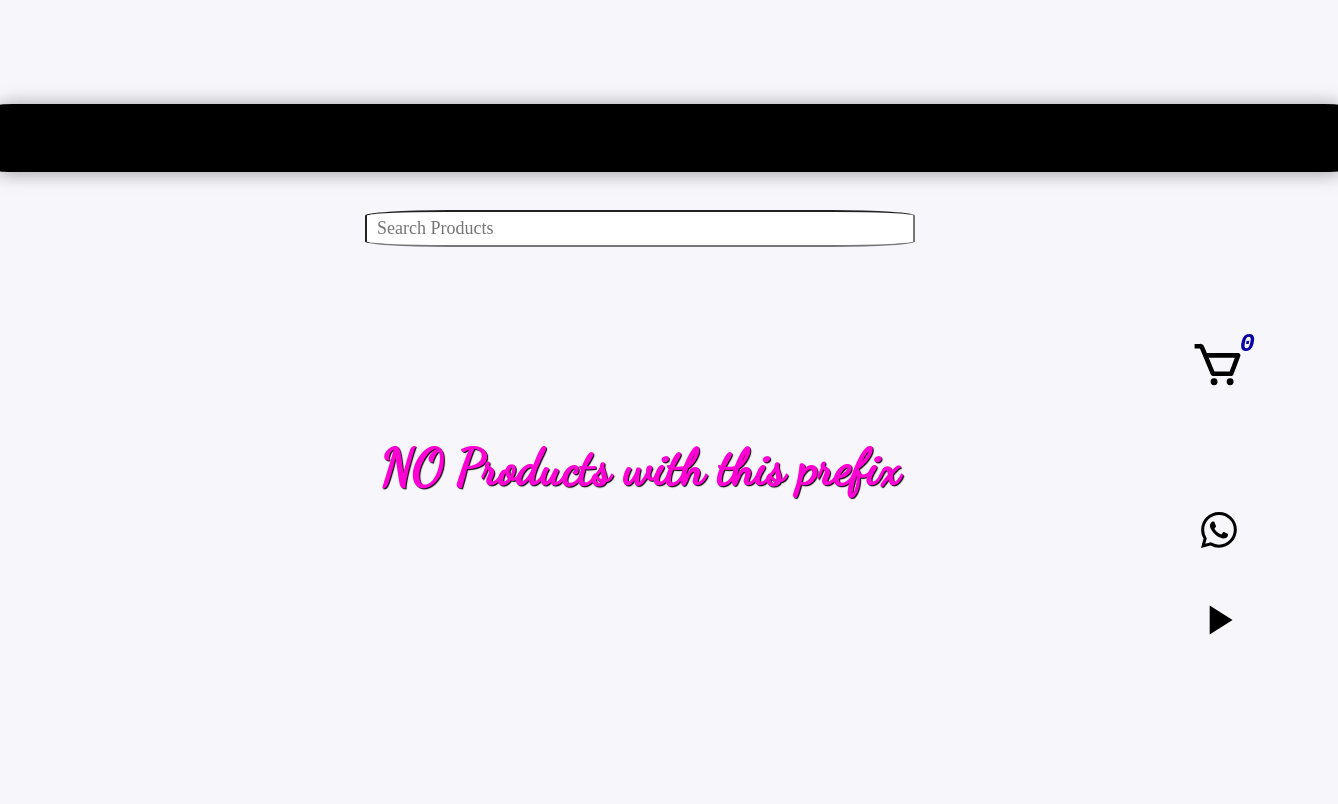
Repository: rehamAbass/BeautyCareShop
Page: /
An editor plug-in stored every save of this project. The page is shown before and after the next save, followed by the edit.
The browser window is 1280 px wide. The page is 1338 px wide, so the pictures cover 1338 px, including what lies to the right of the window. The pictures show the whole page.
The page's requests for data from a server got no answer. Some web fonts or font styles are not loaded; a fallback is used. The project was rebuilt for these pictures with package versions that can differ from the ones it lists, and the page was loaded fresh each time. No one was signed in, and anything a server would have sent is missing. Also part of the build but not shown: src/components/allProducts/prod/card.css, src/components/allProducts/prod/card.component.jsx, src/components/myCart/myCart.css, src/components/myCart/cartProduct/cartProduct.css, src/components/myCart/cartProduct/cartProduct.jsx, src/components/myCart/myCart.jsx. Imported but missing from the stored project, and not drawn on this page: src/components/header/music/ed.mp3.

Above is the page before, as saved 2022-06-08 13:46:58.

### public/index.html
<!DOCTYPE html>
<html lang="en">
  </style>
  <head>
    <meta charset="utf-8" />
    <link rel="icon" href="" />
    <meta name="viewport" content="width=device-width, initial-scale=1" />
    <meta name="theme-color" content="#000000" />
    <meta
      name="description"
      content="Web site created using create-react-app"
    />
    <link rel="apple-touch-icon" href="" />
    <link rel="manifest" href="%PUBLIC_URL%/manifest.json" />
    <link rel="preconnect" href="https://fonts.googleapis.com">
    <link rel="preconnect" href="https://fonts.gstatic.com" crossorigin>
    <link href="https://fonts.googleapis.com/css2?family=Bigelow+Rules&display=swap" rel="stylesheet">
    <link rel="preconnect" href="https://fonts.googleapis.com">
    <link rel="preconnect" href="https://fonts.gstatic.com" crossorigin>
    <link href="https://fonts.googleapis.com/css2?family=Bigelow+Rules&family=Dancing+Script&display=swap"
      rel="stylesheet">
    <title color:'purble'>BeautyShop💄</title>
  </head>
  <body>

    <div id="root"></div>
  </body>
</html>

<!--
  <video id="video1" loop="" muted="" src="https://prod-streaming-video-msn-com.akamaized.net/aa5cb260-7dae-44d3-acad-3c7053983ffe/1b790558-39a2-4d2a-bcd7-61f075e87fdd.mp4"></video>

 -->

### src/App.js

// import React from 'react'
import CardList from './components/allProducts/card-list.component';
import SearchBox from './components/search-box/search-box.component';
import './App.css'
import axios from "axios";
import React, { Component } from "react";
import Header from './components/header/header.component.jsx'
import { useState, useEffect } from 'react';
import Cart from './components/myCart/myCart.jsx'

const App = () => {
  const [products, setProducts] = useState([]);
  const [cartProducts, setCartProducts] = useState([]);
  const [filteredProducts, setFilteredProducts] = useState(products);
  const [searchString, setSearchString] = useState('');
  const [showCart, setShowCart] = useState(false);
    const [cartCounter, setCartCounter] = useState(0);
      const [Sum, setSum] = useState(0);
      const [imgs, setImgs] = useState([])

  //==========================================================================
  const   getDataFromDB= async ()=> {
    const response = await axios.get("http://localhost:8000/products/");
    setCartProducts(response);
  }
  //===========================================================
  const deleteProd = async (id) => {
    let response = await axios.delete(
      `http://localhost:8000/product/${id}`
    );
  }
  //=============================================================
  const saveProd = async (p) => {
    const response = await axios.post(
      "http://localhost:8000/product",p
    );
  }

   const  updateProd = async (p) => {
    const response = await axios.put(
      "http://localhost:8000/product",p
    );
  }
  //============================================================================
  useEffect(() => {
    fetch('http://makeup-api.herokuapp.com/api/v1/products.json?brand=maybelline')
      .then((res) => res.json())
      .then((users) => {
          users = users.map(user => (
         {id:user.id,
         name:user.name,
         brand:user.brand,
         price:user.price,
        image_link:user.image_link,
         product_link:user.product_link,
         description:user.description,
        rating:user.rating,
         product_type:user.product_type,
          product_api_url:user.product_api_url,
          product_colors:user.product_colors,
        amount:0
         }))


         getDataFromDB();
        setFilteredProducts(users);
        setProducts(users);
        setImgs(users.map((u)=>(u.image_link)));
      })
  }, []); // it runs only one time - no need to call it in each render because [] is empty !!
  //=========================================================================================
  useEffect(() => {
    let filteredgroup = products.filter((p) => p.name.toLowerCase().includes(searchString));
    setFilteredProducts(filteredgroup);
  }, [products, searchString])

  //========================================================================================
  const onSearchChanged = (event) => {
    let input = event.target.value.toLowerCase();
    setSearchString(input);
  }
  //=========================================================================================
  const addProduct=(product)=>{
        let updatePro = cartProducts.filter(p=> p.id === product.id);
     if(updatePro.length>0){
       // it means that YES the product exists before in Cart! just increase the amount of it:
       updatePro = updatePro[0];
       updatePro.amount +=1;
        let newarray = cartProducts.map(p=>( p.id === product.id ? updatePro:p )) ;
        setCartProducts(newarray);
     }else{
        let newProductToAdd = {...product, amount:1};
         setCartProducts([...cartProducts,newProductToAdd ]);
         saveProd(product);
         updateProd();
     }

      }
  //=================================================================================
  //    ,
  const deleteProduct = (product) => {
    let newArr = cartProducts.filter(p => p.id !== product.id);
    setCartProducts(newArr);
    deleteProd(product.id);
  }
 //===================================================================================
   const decreaseProduct=(product)=>{

     if(product.amount >1){
       let update = product;
       update.amount -=1;
        let newarray = cartProducts.map(p=>(p.id === product.id ? update:p )) ;
     setCartProducts(newarray);
     }else{ // amount was  === 1
        let newArr = cartProducts.filter(p=> p.id !== product.id);
         setCartProducts(newArr);
     }
      }
 //===================================================================================
useEffect(()=>{
  console.log("useEffect, cartProduct changes, so counter changes");
  let all =0;
  let summ=0;
  for(let p of cartProducts){
     all = all+p.amount;
    summ = summ+ (p.amount * p.price);
}
    setSum(summ);
    setCartCounter(all);
},[cartProducts]);

//====================================================================================
  useEffect(()=>{
    console.log("open Cart = ",showCart);
  },[showCart])
 //=========================================================================================
const HandleCart =(val)=>{
  setShowCart(val);
}
 const handleSumCount = ()=>{
  setSum(0);
  setCartProducts([]);
  setCartCounter(0);

 }
 //=========================================================================================
  return (
    <div className="App">
      <header className="App-header">
        <Header counter ={cartCounter}
        imgs={imgs}
        handleCart = {HandleCart}/>
        {showCart === false &&
          <div>
           <SearchBox
          className='search-box2'
          searchHandler={onSearchChanged}
          group={filteredProducts}
        />
            <CardList
              group={filteredProducts}
               addProduct={addProduct} />
        </div>

        }
          {(showCart === true) &&
            <Cart sum ={Sum} group={cartProducts}
           addProduct={addProduct}
            deleteProduct={deleteProduct}
            decreaseProduct={decreaseProduct}
              handleSumCount={handleSumCount}
            />
          }
      </header>
    </div>
  )
}

export default App;

### src/components/allProducts/card-list.component.jsx

import './card-list.css'
import Card from './prod/card.component'
import React from 'react'

const CardList = ({ group ,addProduct}) => {
    return (
        <div className='card-list'>
            {group.map((p,i) =>
                (
                    <Card
                    key={i}
                    product={p}
                     addProduct={addProduct}/>
                )
            )
            }
        </div >

    )
}

export default CardList;

### src/components/search-box/search-box.component.jsx

import React from 'react'
import './search-box.css'


const SearchBox = ({ className, placeholder, searchHandler, group }) => {

    return (
        <div className='search-box'>
            <input
                className={className}
                type='search'
                placeholder='Search Products'
                onChange={searchHandler}
                style={{
                     fontStyle:'unset', fontStretch: 'extra-expanded'
                , fontSize:'large', borderRadius:'15%'}}
            />
            {group.length === 0 ?
                <div className='alert2'> NO Products with this prefix </div> : ''}
        </div>
    )
}


export default SearchBox;

### src/App.css
body {
  margin: 0;
  padding: 0;
  font-family: -apple-system, BlinkMacSystemFont, 'Segoe UI', 'Roboto', 'Oxygen',
    'Ubuntu', 'Cantarell', 'Fira Sans', 'Droid Sans', 'Helvetica Neue',
    sans-serif;
    background-color:rgba(192, 190, 228, 0.135);
  -webkit-font-smoothing: antialiased;
  -moz-osx-font-smoothing: grayscale;
  text-align: center;
}



















/* -------------------------------------------------------------------------------------- */

/* .App {
  text-align: center;
}

.App-logo {
  height: 40vmin;
  pointer-events: none;
}

@media (prefers-reduced-motion: no-preference) {
  .App-logo {
    animation: App-logo-spin infinite 20s linear;
  }
}

.App-header {
  background-color: #2d5cba;
  min-height: 100vh;
  display: flex;
  flex-direction: column;
  align-items: center;
  justify-content: center;
  font-size: calc(10px + 2vmin);
  color: white;
}

.App-link {
  color: #61dafb;
}

@keyframes App-logo-spin {
  from {
    transform: rotate(0deg);
  }
  to {
    transform: rotate(360deg);
  }
}

*/

### src/components/header/header.component.jsx
import React from 'react'
import './header.css'
import Music from './music/music.component';
import fatme from './fatme.jpeg'
import CartIcon from './cartIcon/cartIcon.component';
import {BsWhatsapp} from 'react-icons/bs'
import {AiTwotoneShop} from 'react-icons/ai'

const Header = ({counter,imgs, handleCart}) => {
    return (
        <div className='headClass'>
        <marquee direction='left'   style={{  margin:'0px' , padding:'0px'}}>
        <div className='imgs'>
            {imgs.map((link, i) => (
                    <img
                    style={{transform:'scale(0.7)' ,  margin:'0px'}}
                    key={i}
                    src={link} alt='prod' />

            ))}
        </div>
        </marquee>
            <img className='myImg' src={fatme} alt='me'
            />
               <CartIcon
            counter={counter}
             handleCart={handleCart}
            />
            <AiTwotoneShop
            className='goHome'
                onClick={() => {
                     handleCart(false)}}
            />
            <h4 className='title' >
                <marquee direction='left' loop='2' >Fatima Beauty Care Shop</marquee>
            </h4>


            <Music />


            <a  className='whatsApp'  aria-label="whats"
                target="_blank" rel="noopener"
                href="https://api.whatsapp.com/send?phone=972543656019&text=hello%20Fatima%20from%20your%20BeautyCareShop%20Website%20💄"
              >
              <BsWhatsapp/>
            </a>
        </div>
    )
}

export default Header;

### src/components/allProducts/card-list.css
.card-list {
     width: 1000px;
    margin-left: 9%;
    display: grid;
    grid-template-columns: 10fr 10fr;
    /* grid-gap: 1%; */
    margin-top: 5%;
    margin-bottom:15%;
}

### src/components/search-box/search-box.css
.search-box {
    padding: 10px;
}

.alert2 {
    margin-top: 150px;
    text-align: center;
    padding: 40px;
    color: rgb(255, 0, 212);
    font-size: 50px;
    font-stretch: extra-expanded;
    font-family: 'Dancing Script';
    font-weight: bolder;
    text-shadow: 1px 1px  1px rgb(0, 0, 0);
    transform: scale(1);
}

.search-box2 {
    width: 550px;
    height: 37px;
    margin-top: 170px;
    padding: 10px;
    line-height: 30px;
    margin-bottom: 1px;
    color: rgb(0, 0, 0);
    font-weight: 400;
    font-family:serif;

}

### src/components/header/header.css
.title {
    width: 110%;
    position: relative;
    font-size: 46px;
    font-weight: bolder;
    font-family: 'Dancing Script';
 color:rgb(251, 251, 251);
    font-stretch: extra-expanded;
    /* text-shadow: 11px 1px 11px rgb(255, 0, 123); */
    background-color: rgb(0, 0, 0);
     box-shadow: 1px 1px 17px 1px rgba(135, 134, 135, 0.74);
     margin-top: 40px;
     border-radius:1%;
}
.imgs{
    width: 110%;
    position: relative;
    height:60px;
     margin-top: 0px;
}
.goHome{
    color:rgb(0, 0, 0);
     position:fixed;
    margin-left: 47%;
    margin-top:376px;
     transform: scale(2.6);
}
.goHome:hover{
    color:rgb(8, 0, 165);
    transform:scale(3);
}
.whatsApp{
    color:rgb(0, 0, 0);
     position:fixed;
    margin-left: 47%;
    margin-top:290px;
     transform: scale(2);
}
.whatsApp:hover{
  color:rgb(8, 0, 165);

   }
.myImg{
    position:fixed;
    margin-left: 44%;
    margin-top:120px;
    width: 110px;
  height: 120px;
    box-shadow: 1px 1px 17px 1px rgb(255, 88, 88);
    border-radius:15%;
}

.headClass {
    border-radius: 12%;
    width: 95%;
    height: 30px;
    font-size: large;
    /* font-weight: 700; */
    font-style: italic;

}

### src/components/header/music/music.component.jsx
import './music.css'
import { useState, useEffect } from 'react'
import { MdPlayArrow, MdPause } from 'react-icons/md'
import  React  from 'react'
import ed from "./ed.mp3";

const aud = new Audio(ed);

const Music = () => {
    const [flagPlaying, setIsActive] = useState(false);
    const handleClick = (value) => {
        setIsActive(value);
        if (value === true) {
            aud.loop = true;
            aud.play();
        } else {
            aud.pause();
            aud.loop = false;
        }
    }

    return (<div className='myAudio'>
        {(flagPlaying === false) &&
            <MdPlayArrow
                className='btnAudio'
                onClick={() => {
                    if (flagPlaying === false) {
                        handleClick(true);
                    }
                }}
            />
        }
        {(flagPlaying === true) &&
            <MdPause
                className='btnAudio'
                style={{color:'black'}}
                onClick={() => {
                    if (flagPlaying === true) {
                        handleClick(false);
                    }
                }}
            />
        }
    </div>
    )
}


export default Music;

### src/components/header/cartIcon/cartIcon.component.jsx
import React from 'react'
import './cart.css'
import { BiCart } from "react-icons/bi";


const CartIcon = ({ counter,handleCart}) => {

    return (
        <div className='cart-container'>
            <span className='counter'>{counter}</span>
            <BiCart
                    className='cartIcon'
                    onClick={() => {
                      handleCart(true);
                     }}
                />
        </div>
    )
}
export default CartIcon;

### src/components/header/music/music.css
.myAudio {}

.btnAudio {
    width:  50px;
    height: 50px;
    position:fixed;
    margin-left: 45.7%;
    margin-top: 362px;
    color:rgb(0, 0, 0);
    border-radius: 90%;
}

.btnAudio:hover {
   color : rgb(8, 0, 165);
    transform: scale(1.125);
    box-shadow: 4px 3px 10px 3px  rgb(179, 255, 0);
}

### src/components/header/cartIcon/cart.css
.cartIcon{
     position:fixed;
    width:55px;
    height:55px;
    color:rgb(0, 0, 0);
    margin-top:1%;
    /* transform: translateZ(-1);
    transition: transform 0.25s ease-out; */
}
.cartIcon:hover{
    transform:scale(1.12);
    color:rgb(8, 0, 165);
}
.cart-container{
    position:fixed;
    margin-left: 93%;
    margin-top: 260px;
}
.cart-container:hover{
    color:rgb(0, 0, 0);
 /* transform: scale(1); */
 cursor: pointer;
}
.counter{
    font-size:large;
    font-family:'Courier New', Courier, monospace;

    color:rgb(8, 0, 165);
    font-weight:bolder;
    text-align: right;
      transform: scale(1.4);
    text-shadow: 2px 2px 12px 12px rgb(0, 0, 0);
    position: fixed;
    margin-left: 4%;
    margin-top:0.8%;
}

Loaded but not shown: src/index.js (common file); src/index.css (common file)

After the next save:
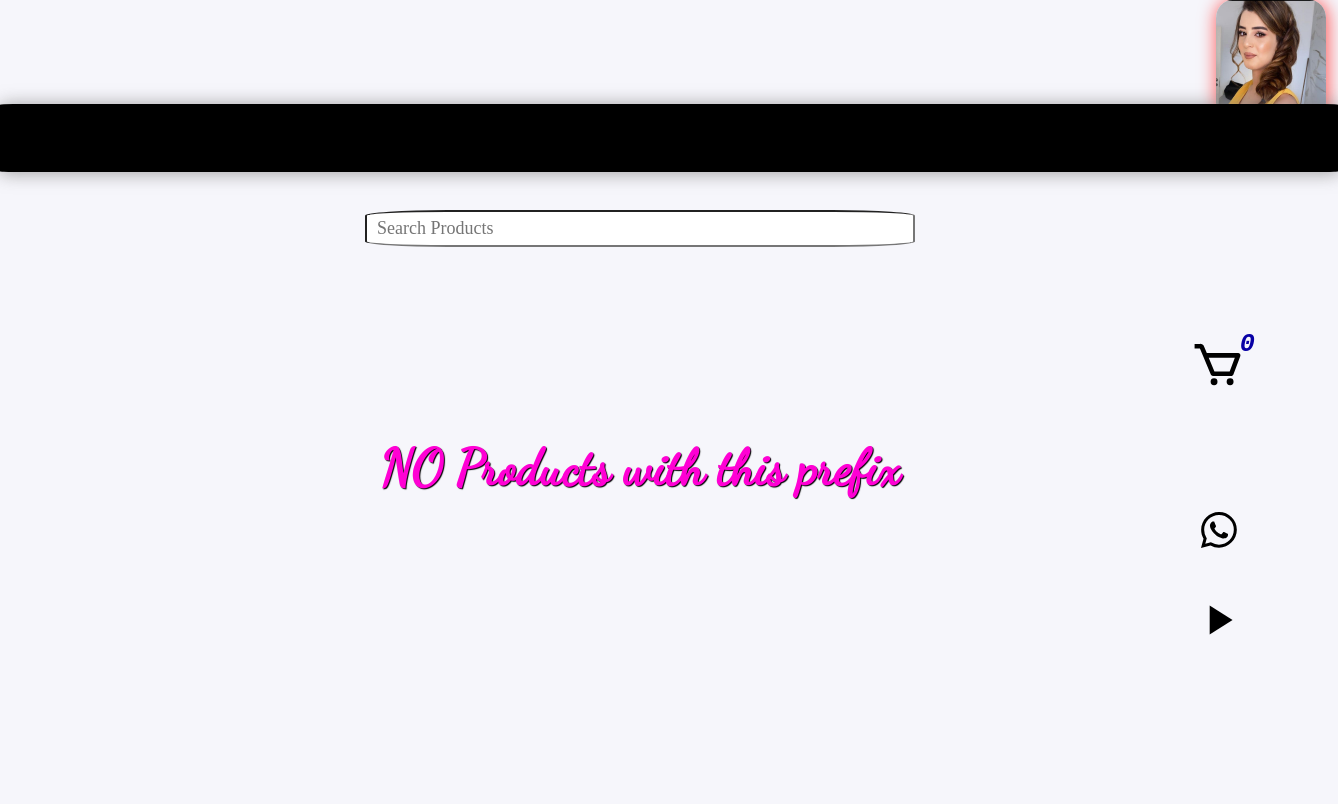
Saved 23 s later.
--- a/src/components/header/header.css
+++ b/src/components/header/header.css
@@ -42,8 +42,8 @@
    }
 .myImg{
     position:fixed;
-    margin-left: 44%;
-    margin-top:120px;
+    /* margin-left: 44%; */
+    /* margin-top:120px;  */
     width: 110px;
   height: 120px;
     box-shadow: 1px 1px 17px 1px rgb(255, 88, 88);

After the save that followed:
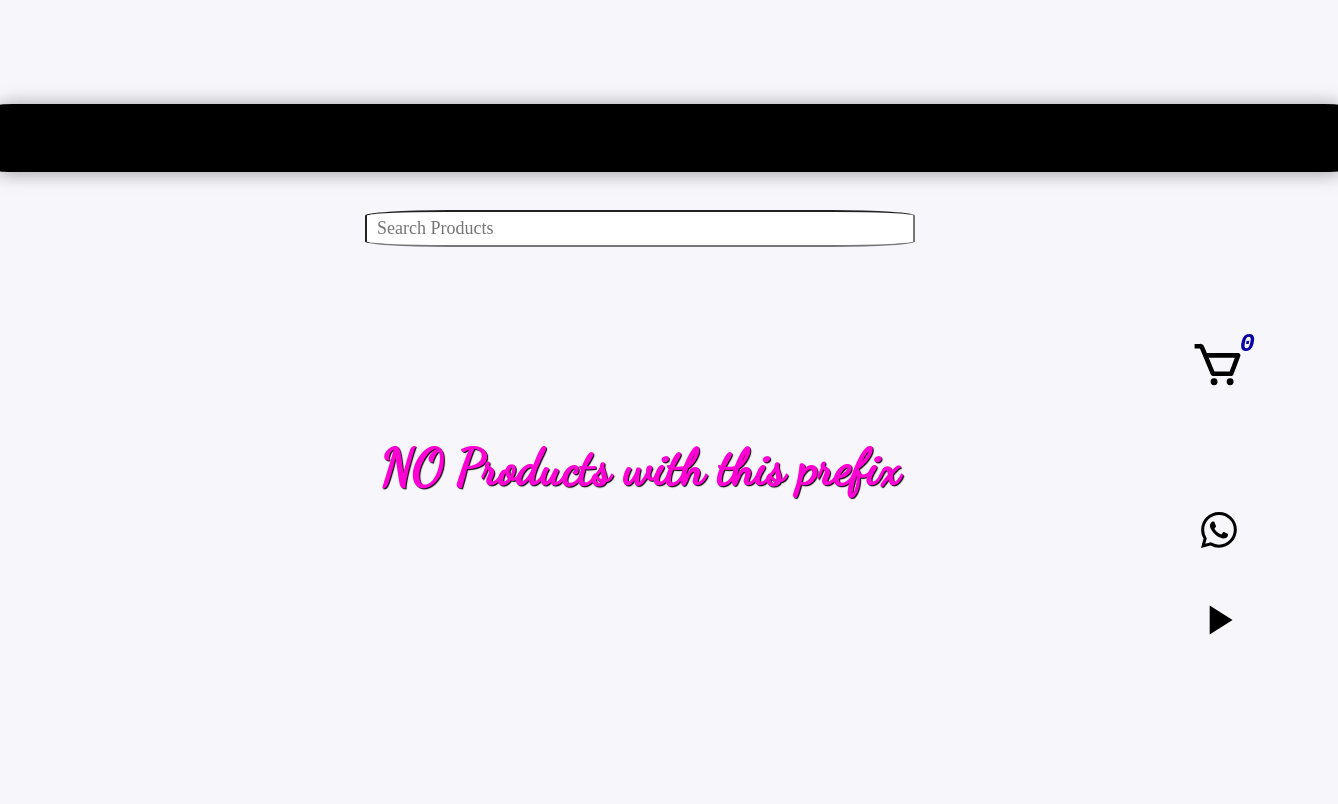
Saved 6 s later.
--- a/src/components/header/header.css
+++ b/src/components/header/header.css
@@ -42,8 +42,8 @@
    }
 .myImg{
     position:fixed;
-    /* margin-left: 44%; */
-    /* margin-top:120px;  */
+    margin-left: 44%;
+    margin-top:120px;
     width: 110px;
   height: 120px;
     box-shadow: 1px 1px 17px 1px rgb(255, 88, 88);
